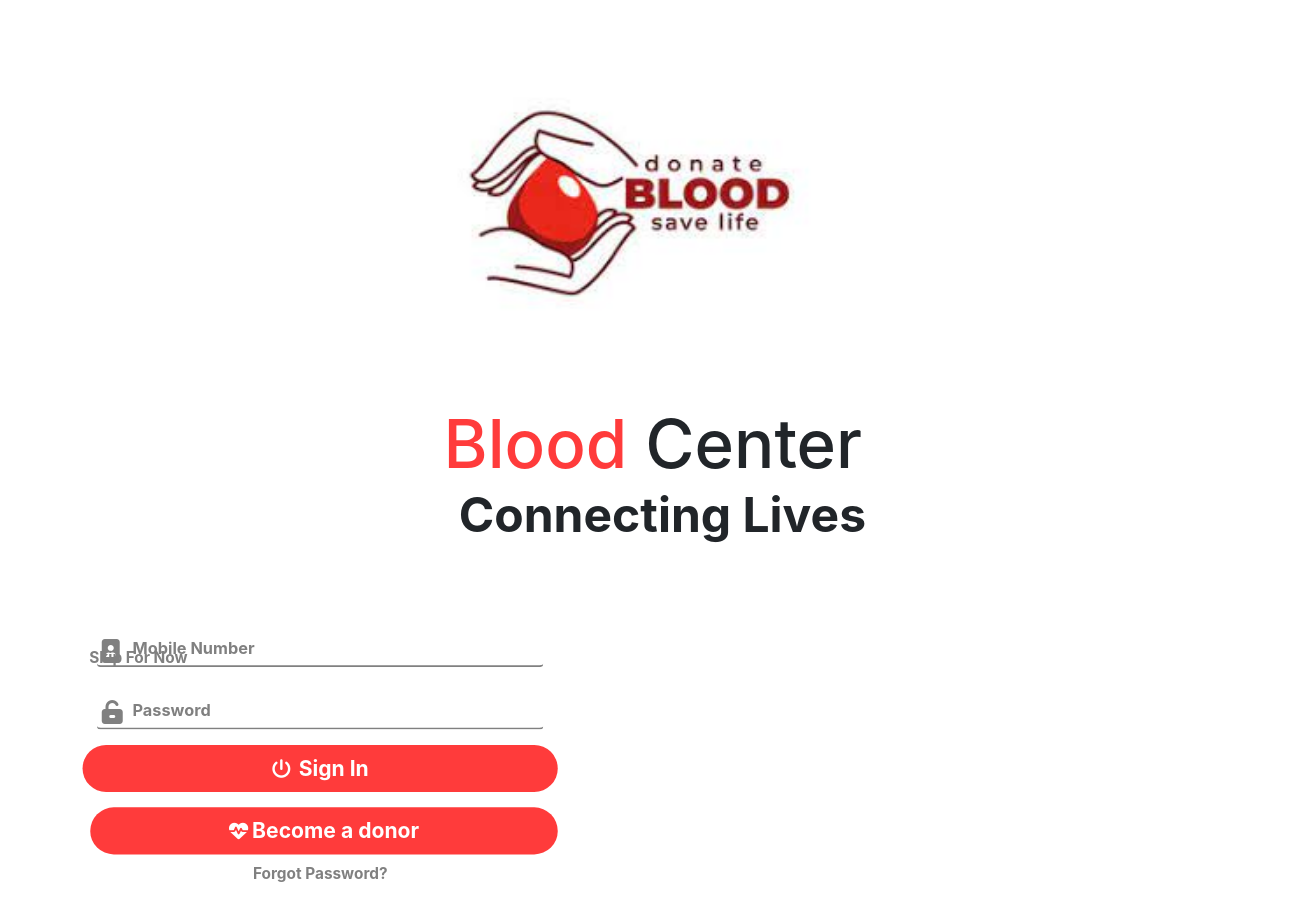
Repository: syedali042/jbds
Page: /
These files come from the project's save history. The page is drawn as it stood at one moment and after the next save; the edit follows.
The browser window is 1280 px wide. The page is 1365 px wide, so the pictures cover 1365 px, including what lies to the right of the window. The pictures show the whole page, at 96% of full size.
Some web libraries are served in a nearby version. The project was rebuilt for these pictures with package versions that can differ from the ones it lists, and the page was loaded fresh each time. Also part of the build but not shown: src/components/Header.js, src/components/About.js, src/components/Register.js, src/components/Header2.js, src/components/Home.js, src/components/Header4.js, src/components/Request.js, src/components/Header3.js and 1 more.

Above is the page before, as saved 2021-11-09 20:42:40.

### public/index.html
<!DOCTYPE html>
<html lang="en">
  <head>
    <meta charset="utf-8" />
    <link rel="icon" href="%PUBLIC_URL%/favicon.ico" />
    <meta name="viewport" content="width=device-width, initial-scale=1" />
    <meta name="theme-color" content="#000000" />
    <meta
      name="description"
      content="Web site created using create-react-app"
    />
    <!--FontAwesome-->
    <script src="https://kit.fontawesome.com/f4576591a8.js" crossorigin="anonymous"></script>
    <!--FontAwesome ends-->
    <!--bootstrap-->
    <link rel="stylesheet" href="https://maxcdn.bootstrapcdn.com/bootstrap/4.0.0/css/bootstrap.min.css"
      integrity="sha384-Gn5384xqQ1aoWXA+058RXPxPg6fy4IWvTNh0E263XmFcJlSAwiGgFAW/dAiS6JXm" crossorigin="anonymous">
    <!--bootstrap ends-->
    <link rel="apple-touch-icon" href="%PUBLIC_URL%/logo192.png" />
    <!--
      manifest.json provides metadata used when your web app is installed on a
      user's mobile device or desktop. See https://developers.google.com/web/fundamentals/web-app-manifest/
    -->
    <link rel="manifest" href="%PUBLIC_URL%/manifest.json" />
    <!--
      Notice the use of %PUBLIC_URL% in the tags above.
      It will be replaced with the URL of the `public` folder during the build.
      Only files inside the `public` folder can be referenced from the HTML.

      Unlike "/favicon.ico" or "favicon.ico", "%PUBLIC_URL%/favicon.ico" will
      work correctly both with client-side routing and a non-root public URL.
      Learn how to configure a non-root public URL by running `npm run build`.
    -->
    <title>React App</title>
  </head>
  <body>
    <noscript>You need to enable JavaScript to run this app.</noscript>
    <div id="root"></div>
    <!--Jquery-->
    <script src="https://code.jquery.com/jquery-3.2.1.slim.min.js"
      integrity="sha384-KJ3o2DKtIkvYIK3UENzmM7KCkRr/rE9/Qpg6aAZGJwFDMVNA/GpGFF93hXpG5KkN" crossorigin="anonymous"></script>
    <script src="https://cdnjs.cloudflare.com/ajax/libs/popper.js/1.12.9/umd/popper.min.js"
      integrity="sha384-ApNbgh9B+Y1QKtv3Rn7W3mgPxhU9K/ScQsAP7hUibX39j7fakFPskvXusvfa0b4Q" crossorigin="anonymous"></script>
    <script src="https://maxcdn.bootstrapcdn.com/bootstrap/4.0.0/js/bootstrap.min.js"
      integrity="sha384-JZR6Spejh4U02d8jOt6vLEHfe/JQGiRRSQQxSfFWpi1MquVdAyjUar5+76PVCmYl" crossorigin="anonymous"></script>
    <!--Jquery ends-->
  </body>
</html>

### src/App.js
import './App.css';
import Login from './components/Login';
import About from './components/About';
import Register from './components/Register';
import Home from './components/Home';
import Request from './components/Request';
import Create from './components/Create';
import {
  BrowserRouter as Router,
  Switch,
  Route,
  Link
} from "react-router-dom";


function App() {
  return (
    <Router>
      <Switch>
        <Route path="/About">
          <About/>
        </Route>
        <Route path="/Login">
          <Login />
        </Route>
        <Route path="/Register">
          <Register />
        </Route>
        <Route path="/Create">
          <Create />
        </Route>
        <Route path="/Request">
          <Request />
        </Route>
        <Route path="/Home">
          <Home />
        </Route>
        <Route path="/">
          <Login />
        </Route>
      </Switch>
    </Router>
  );
}

export default App;

### src/App.css
*{
  margin: 0;
  padding: 0;
}
.con{
  font-size: 25px;
  font-weight: bold;
  position: relative;
  bottom: 35px;
  padding: 5px;
}
.em{
  border: none;
  border-bottom: 2px solid gray;
}
.pass{
  border: none;
  border-bottom: 2px solid gray;
}
.placehorder::placeholder {
  font-weight: bolder;
  color: gray;
  position: relative;
  left: 25px;
  font-size: 17px;
}
.forgot{
  color: gray;
  font-weight: bolder;
}
.login{
  color: gray;
  font-weight: bolder;
}
.fa-portrait{
  font-size: 20px;
  position: relative;
  top: 30px;
  left: 5px;
  color: gray;
}
.fa-unlock-alt{
   font-size: 20px;
  position: relative;
  top: 30px;
  left: 5px;
  color: gray;
}
.sign{
  width: 230px;
  position: relative;
  font-size: 22px;
  border-radius: 30px;
  background-color: #FF3B3B;
  color: white;
  font-weight: bolder;
  border: none;
}
.fa-power-off{
  font-size: 20px;
  position: relative;

  color: white ;
}
.donor{
  width: 230px;
  position: relative;
  font-size: 22px;
  border-radius: 30px;
  background-color: #FF3B3B;
  color: white;
  font-weight: bolder;
  border: none;
  letter-spacing: o.1;
}
.fa-heartbeat{
   font-size: 20px;
  position: relative;

  color: white ;
}
@media screen and (max-width: 440px){

  .con{
  font-size: 20px;
  font-weight: bold;
  position: relative;
  bottom: 35px;
  padding: 5px;
}
.blood{
  font-size: 27px;
}
.formik{
  position: relative;
  bottom: 50px;
}
.pass{
  border: none;
  border-bottom: 2px solid gray;

}

.donor{
  width: 210px;
  position: relative;
  font-size: 22px;
  border-radius: 30px;
  background-color: #FF3B3B;
  color: white;
  font-weight: bolder;
  border: none;
  letter-spacing: o.1;
}
.sign{
  width: 210px;
  position: relative;
  font-size: 22px;
  border-radius: 30px;
  background-color: #FF3B3B;
  color: white;
  font-weight: bolder;
  border: none;
}

}
@media screen and (min-width: 768px){


  .img{
  position: relative;
  width: 400px;
  left: 40px;
}
  .con{
  font-size: 50px;
  font-weight: bold;
  position: relative;
  bottom: 35px;
  padding: 5px;
  left: 50px;
}
.blood{
  font-size: 70px;
  position: relative;
  left: 40px;
}

.name{
  border: none;
  border-bottom: 2px solid gray;
   margin-top: 10px;
  height: 70px;
}


.adress{
    border: none;
  border-bottom: 2px solid gray;
   margin-top: 10px;
  height: 70px;
}
input::placeholder {
  font-weight: bolder;
  color: gray;
  position: relative;
  left: 45px;
  font-size: 30px;
}
.fa-portrait{
  font-size: 25px;
  position: relative;
  top: 37px;
  left: 5px;
  color: gray;
}
.fa-unlock-alt{
   font-size: 25px;
  position: relative;
  top: 35px;
  left: 5px;
  color: gray;
}
.fa-mobile-alt{
    font-size: 30px;
  position: relative;
  top: 55px;
  left: 5px;
  color: gray;
}
.fa-map-marker-alt{
   font-size: 30px;
  position: relative;
  top: 55px;
  left: 5px;
  color: gray;
}
.fa-disease{
 font-size: 30px;
  position: relative;
  top: 55px;
  left: 5px;
  color: gray;
}

.sign{
  width: 300px;
  position: relative;
  font-size: 22px;
  border-radius: 30px;
  background-color: #FF3B3B;
  color: white;
  font-weight: bolder;
  border: none;
}

.donor{
  width: 300px;
  position: relative;

  font-size: 22px;
  border-radius: 30px;
  background-color: #FF3B3B;
  color: white;
  font-weight: bolder;
  border: none;
  letter-spacing: o.1;
}

}
.header{
  background-color: #FF3B3B;
  padding: 3px;
}
.fa-chevron-left{
  color: white;
}
.profile{
  color: white;

}
.kelly{
  font-size: 23px;
  font-weight: bolder;
}
.girl{
  width: 70px;
  border-radius: 50px;
  margin-left: 50px;
  position: relative;
  bottom: 10px;
}
.r1{
  margin-top: 40px;
}

.name{
  border: none;
  border-bottom: 2px solid gray;
}
.num{
   border: none;
  border-bottom: 2px solid gray;
}
.adress{
    border: none;
  border-bottom: 2px solid gray;
}
.r2{
  background-color: rgb(247, 238, 238);
  border-radius: 15px;
  border: 1px solid transparent;
}
.update{

  position: relative;
  font-size: 22px;
  border-radius: 30px;
  background-color: #FF3B3B;
  color: white;
  font-weight: bolder;
  border: none;
}
.fa-mobile-alt{
   font-size: 20px;
  position: relative;
  top: 30px;
  left: 5px;
  color: gray;
}
.bloodGroup{
   border: none;
  border-bottom: 2px solid gray;
}
.fa-disease{
  font-size: 20px;
  position: relative;
  top: 30px;
  left: 5px;
  color: gray;
}
.city{
  border: none;
  border-bottom: 2px solid gray;
}
.fa-map-marker-alt{
  font-size: 20px;
  position: relative;
  top: 30px;
  left: 5px;
  color: gray;
}
.fa-arrow-right{
   font-size: 30px;
  position: relative;
 top: 5px;
  color:white;
}
.bodyOfHeader2{
   background-color: #FF3B3B;
   color: white;
}
.fa-search{
  position: relative;
  left: 90%;
  bottom: 30px;
  color: gray;
  font-size: 25px;
}
.groups{
 display: flex;
 margin-left: 5px;
}
.groups >div {
  background-color: #FF3B3B;
  width: 30px;
  margin: 7px;
  text-align: center;
  font-size: 20px;
  color: white;
  border-radius: 5px;
}
.HomeRow{
  border-bottom: 1px solid gray;
}
.sidebar{
  width: 60%;
  height: 100vh;
  position: absolute;
  background-color: #FF3B3B ;
  z-index: 1;
}
.create{
  color: white;
  margin-right: 30px;
}
.conReq{
  margin-top: 20px;
  background-color: rgb(216, 220, 230);
  border-radius: 5px;
}

### src/components/Login.js
import React from 'react';
import {Formik} from 'formik';


function Login() {
    return (

            <div className="container">
                <div className="d-flex align-items-center justify-content-center">
                    <div>
                        <img src="./images/download.jfif" alt="there is no image" className="img"/>
                        <h2 className="blood text-center"><span style={{color:'#FF3B3B'}}>Blood</span> Center</h2><br>
                        </br>
                        <h5 className="con text-center">Connecting Lives</h5>
                    </div>
                </div>
                <div className="container">
                    <div className="row p-3">
                        <div>
                            <Formik
                                initialValues={{ email: '', password: '' }}
                                validate={values => {
                                    const errors = {};
                                    if (!values.email) {
                                        errors.email = 'Required';
                                    } else if (
                                        !/^[A-Z0-9._%+-]+@[A-Z0-9.-]+\.[A-Z]{2,}$/i.test(values.email)
                                    ) {
                                        errors.email = 'Invalid email address';
                                    }
                                    return errors;
                                }}
                                onSubmit={(values, { setSubmitting }) => {
                                    setTimeout(() => {
                                        alert(JSON.stringify(values, null, 2));
                                        setSubmitting(false);
                                    }, 400);
                                }}
                            >
                                {({
                                    values,
                                    errors,
                                    touched,
                                    handleChange,
                                    handleBlur,
                                    handleSubmit,
                                    isSubmitting,
                                    /* and other goodies */
                                }) => (
                                <form onSubmit={handleSubmit} className="formik">
                                    <i className="fas fa-portrait"></i>
                                        <input
                                        type="email" className="placehorder form-control em"
                                            name="email"
                                            onChange={handleChange}
                                            onBlur={handleBlur}
                                            value={values.email}
                                            placeholder="Mobile Number"

                                        />

                                        {errors.email && touched.email && errors.email}
                                    <i className="fas fa-unlock-alt"></i>
                                        <input
                                        type="password" className="placehorder form-control pass"
                                            name="password"
                                            onChange={handleChange}
                                            onBlur={handleBlur}
                                            value={values.password}
                                            placeholder="Password"
                                        />

                                        {errors.password && touched.password && errors.password}
                                    <div className="row d-flex align-items-center justify-content-center">
                                        <button type="submit" disabled={isSubmitting} className="sign p-2 mt-3 w-100">
                                            <i className="fas fa-power-off mr-2 "></i>Sign In
                                        </button>
                                        <button className="donor p-2 mt-3 ml-2 w-100">
                                            <i className="fas fa-heartbeat mr-1 "></i>Become a donor
                                        </button>
                                        <a href="#" className="forgot p-2">Forgot Password?</a>

                                    </div>

                                    </form>
                                )}
                            </Formik>
                        </div>
                    </div>
                </div>
                <div className="position-absolute w-100 d-flex align-items-center" style={{bottom:15}}>
                    <a href="/home" className="text-decoration-none forgot p-2">Skip For Now</a>
                </div>
            </div>
    )
}

export default Login

Loaded but not shown: src/index.js (common file); src/index.css (common file); src/reportWebVitals.js (common file)

After the next save:
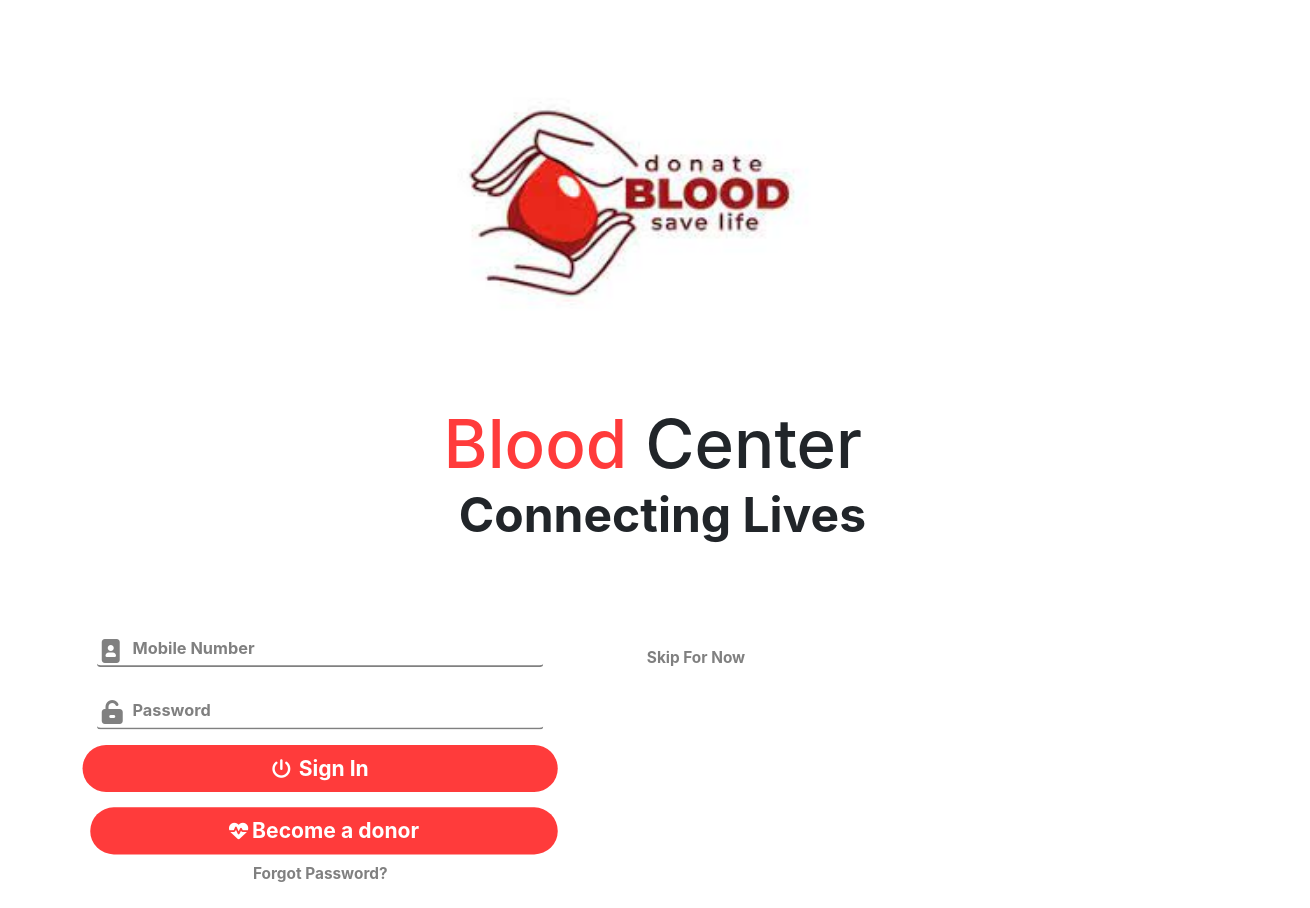
Saved 10 s later.
--- a/src/components/Login.js
+++ b/src/components/Login.js
@@ -88,7 +88,7 @@ function Login() {
                         </div>
                     </div>
                 </div>
-                <div className="position-absolute w-100 d-flex align-items-center" style={{bottom:15}}>
+                <div className="position-absolute w-100 d-flex align-items-center justify-content-center" style={{bottom:15}}>
                     <a href="/home" className="text-decoration-none forgot p-2">Skip For Now</a>
                 </div>
             </div>
